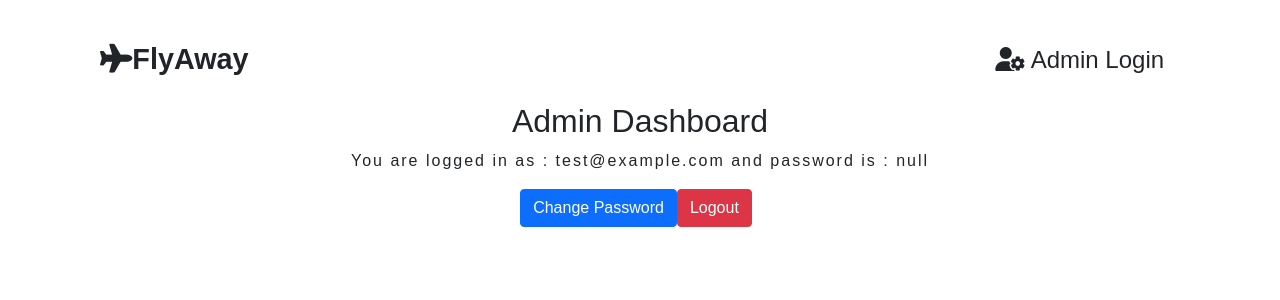
Repository: Niks4u2/FlyAway
Page: http://localhost/flyaway/dashboard.jsp
These files come from the project's save history. The page is drawn as it stood at one moment and after the next save; the edit follows.
The browser window is 1280 px wide. The pictures show the whole page.
Some web fonts or font styles are not loaded; a fallback is used. Some web libraries are served in a nearby version. The page is served by Tomcat 10. The session is filled in as if someone had signed in: {"email": "test@example.com"}. Other server files are loaded and not shown.

Above is the page before, as saved 2021-09-26 07:36:39.

### Source Code/flyaway/src/main/webapp/dashboard.jsp
<%@ page language="java" contentType="text/html; charset=ISO-8859-1"
    pageEncoding="ISO-8859-1"%>
<!DOCTYPE html>
<html>

<head>
    <meta charset="utf-8">
    <meta name="viewreport" content="width=device-width, initial-scale=1.0">
    <title>FlyAway</title>
    <link href="https://cdn.jsdelivr.net/npm/bootstrap@5.0.2/dist/css/bootstrap.min.css" rel="stylesheet" integrity="sha384-EVSTQN3/azprG1Anm3QDgpJLIm9Nao0Yz1ztcQTwFspd3yD65VohhpuuCOmLASjC" crossorigin="anonymous">
	<script src="https://cdn.jsdelivr.net/npm/bootstrap@5.0.2/dist/js/bootstrap.bundle.min.js" integrity="sha384-MrcW6ZMFYlzcLA8Nl+NtUVF0sA7MsXsP1UyJoMp4YLEuNSfAP+JcXn/tWtIaxVXM" crossorigin="anonymous"></script>
    <link href="https://fonts.googleapis.com/css?family=Raleway&display=swap" rel="stylesheet" />
    <script src="https://kit.fontawesome.com/92e9dde9ec.js" crossorigin="anonymous"></script>
    <style>
        body {
            margin: 0;
            padding: 0;
            background: #fff;
            font-family: 'Raleway', sans-serif;
            color: #fff;
        }

        .banner {
            height: 100vh;
            width: 100%;
        }

        .banner .navbar {
            margin-top: 2%;
        }

        .banner .navbar-brand {
            color: #fff;
            font-size: 1.8em;
            font-weight: 700;
            margin-left: 7%;
        }

        .banner .nav {
            margin-right: 7%;
        }

        .banner .nav li a {
            color: #aaa;
            font-size: 1.5em;
        }

        .banner p {
            font-weight: 500;
            letter-spacing: 2px;
        }

        .login {
            margin-left: 50%;
        }
    </style>
</head>

<body>
	<%
	if(session.getAttribute("email") == null)
		response.sendRedirect("login.jsp");
	%>
    <div class="container-fluid banner justify-content-center align-items-center">
        <div class="row g-2">
            <div class="col-md-12">
                <nav class="navbar navbar-md">
                    <div class="navbar-brand text-dark"><i class="fas fa-plane"></i>FlyAway</div>
                    <ul class="nav">
                        <li class="nav-item">
                            <a class="nav-link text-dark" href="#"><i class="fas fa-user-cog"></i> Admin Login</a>
                        </li>
                    </ul>
                </nav>
            </div>
            <div class="col-md-12 text-center text-dark">
                <h2>
                    Admin Dashboard
                </h2>
                <p>You are logged in as : <%= session.getAttribute("email") %> and password is : <%= session.getAttribute("password") %> </p>
            </div>
			<div class="row gx-2">
            <div class="col-md-12 d-flex justify-content-center">
                <button class="btn btn-primary">Change Password</button>
                <a href="LogoutServlet"><button class="btn btn-danger">Logout</button></a>
            </div>
			</div>
        </div>
    </div>
</body>

</html>

After the next save:
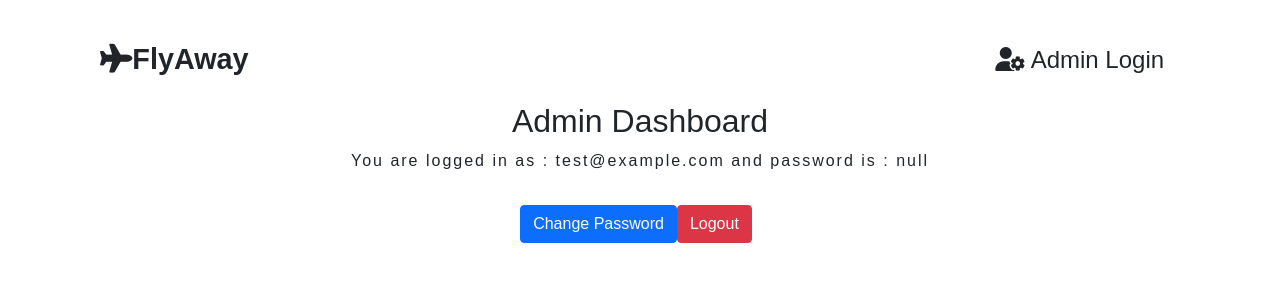
Saved 64 s later.
--- a/Source Code/flyaway/src/main/webapp/dashboard.jsp
+++ b/Source Code/flyaway/src/main/webapp/dashboard.jsp
@@ -79,7 +79,7 @@
                 </h2>
                 <p>You are logged in as : <%= session.getAttribute("email") %> and password is : <%= session.getAttribute("password") %> </p>
             </div>
-			<div class="row gx-2">
+			<div class="row g-2">
             <div class="col-md-12 d-flex justify-content-center">
                 <button class="btn btn-primary">Change Password</button>
                 <a href="LogoutServlet"><button class="btn btn-danger">Logout</button></a>
